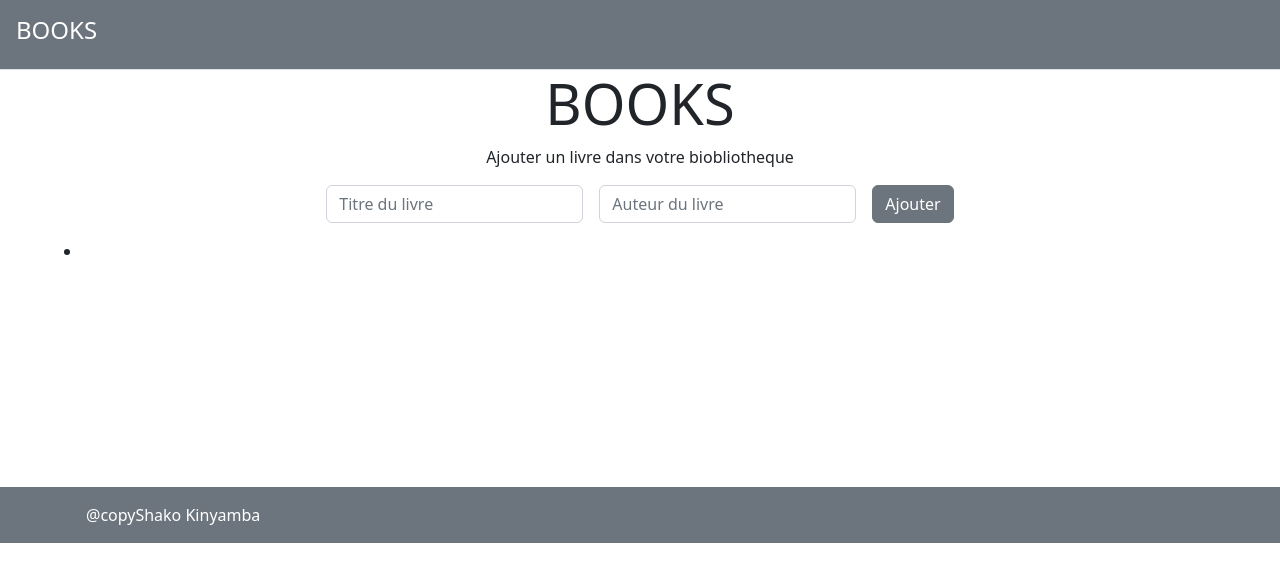
Repository: SKB-TECH/Books
Page: /
The author's editor kept a copy of each file at every save. The page is drawn from the files as they stood at one save, then again after a run of saves.
The browser window is 1280 px wide. The pictures show the whole page.
The project was rebuilt for these pictures with package versions that can differ from the ones it lists, and the page was loaded fresh each time. Also part of the build but not shown: vite.config.js.

Above is the page before, as saved 2022-11-09 16:12:11.

After the next 2 saves:
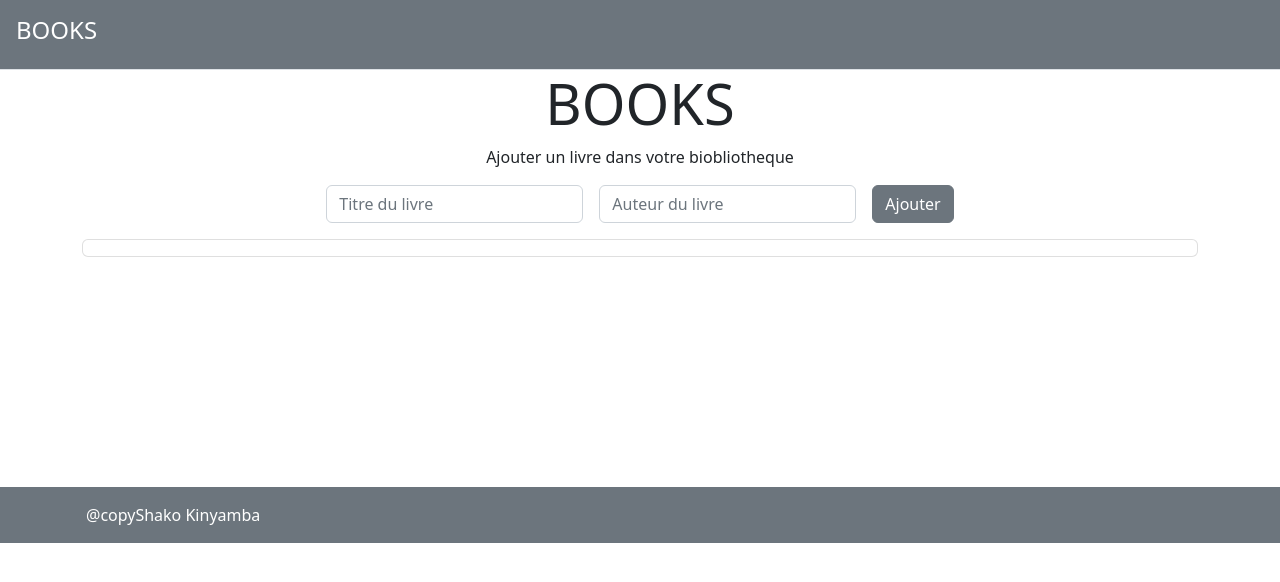
The 2 saves are shown as one change because they came seconds apart.
The last was saved 30 s later.
--- a/src/Containers/AddBooks.jsx
+++ b/src/Containers/AddBooks.jsx
@@ -30,7 +30,7 @@ const AddBooks = () => {
                 <div className='row'>
                     <div className='col-md-12'>
                         <ul className='list-group'>
-                            <li className='list-group-'>
+                            <li className='list-group-item '>
 
                             </li>
                         </ul>
